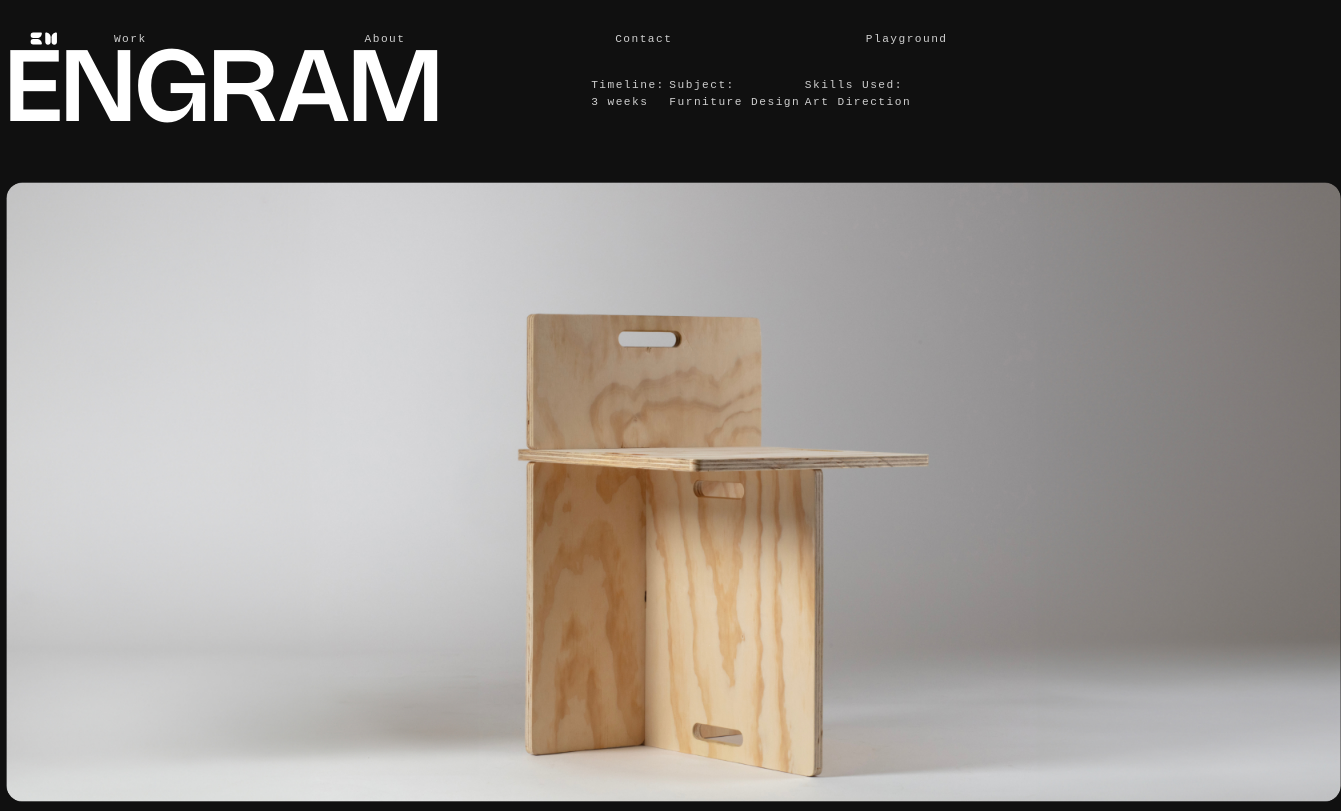
Repository: theethanwright/ethan_wright_portfolio
Page: work/work.html
The author's editor kept a copy of each file at every save. The page is drawn from the files as they stood at one save, then again after the next save.
The browser window is 1280 px wide. The page is 1676 px wide, so the pictures cover 1676 px, including what lies to the right of the window. The pictures show the whole page, at 80% of full size.

Above is the page before, as saved 2023-12-25 22:12:29.

### work/work.html
<!DOCTYPE html>
<html lang="en">
<head>
    <meta charset="UTF-8">
    <meta name="viewport" content="width=device-width, initial-scale=1.0">
    <script defer src="https://cdnjs.cloudflare.com/ajax/libs/matter-js/0.19.0/matter.min.js"></script>
    <script defer src="app.js"></script>
    <link rel="stylesheet" href="main.css">
    <link rel="stylesheet" href="layouts.css">
    <title>Work</title>
</head>
<body>
    <div class="navbar">
        <div class="logo">
            <svg xmlns="http://www.w3.org/2000/svg" width="16" height="17" viewBox="0 0 16 17" fill="none">
                <path d="M14.3673 0H3.61693C1.61938 0 0 1.6756 0 3.74249C0 5.80938 1.61938 7.48498 3.61693 7.48498H9.1428C12.5831 7.48498 15.372 4.59931 15.372 1.03958C15.372 0.46542 14.9221 0 14.3673 0Z" fill="white"/>
                <path d="M9.1428 8.72827H3.61693C1.61938 8.72827 0 10.4039 0 12.4708C0 14.5377 1.61938 16.2133 3.61693 16.2133H14.3673C14.9221 16.2133 15.372 15.7478 15.372 15.1737C15.372 11.6139 12.5831 8.72827 9.1428 8.72827Z" fill="white"/>
            </svg>
            <svg xmlns="http://www.w3.org/2000/svg" width="17" height="17" viewBox="0 0 17 17" fill="none">
                <path d="M1.63275 0C1.07786 0 0.628052 0.46542 0.628052 1.03958V12.8729C0.628052 14.9398 2.24743 16.6154 4.24498 16.6154C6.24253 16.6154 7.86191 14.9398 7.86191 12.8729V6.4454C7.86191 2.88567 5.07306 0 1.63275 0Z" fill="white"/>
                <path d="M15.2936 0C11.8532 0 9.06439 2.88567 9.06439 6.4454V12.8729C9.06439 14.9398 10.6838 16.6154 12.6813 16.6154C14.6789 16.6154 16.2983 14.9398 16.2983 12.8729V1.03958C16.2983 0.46542 15.8484 0 15.2936 0Z" fill="white"/>
            </svg>
        </div>
        <p>Work</p>
        <p>About</p>
        <p>Contact</p>
        <p>Playground</p>
        <a href="javascript:void(0);" class="icon" onclick="myFunction()">
            <i class="hamburger"><svg xmlns="http://www.w3.org/2000/svg" width="24" height="24" viewBox="0 0 24 24" fill="none">
                <rect y="2.26416" width="24" height="3.16981" fill="white"/>
                <rect y="17.6604" width="24" height="3.16981" fill="white"/>
                <rect x="1.81133" y="9.96225" width="22.1887" height="3.16981" fill="white"/>
              </svg></i>
        </a>
    </div>
    <div class="wrapper-project">
        <h1>Engram</h1>
        <div class="project-info">
        <p>Timeline:<br>3 weeks</p>
        <p>Subject:<br>Furniture Design</p>
        <p>Skills Used:<br>Art Direction</p>
        </div>
        <a href="">
            <img src="public/images/1.jpg" alt="">
        </a>
    </div>
</body>
</html>

### work/main.css
@font-face {
    font-family: "Nohemi";
    src: url(public/fonts/Nohemi-Medium.woff2);
  }

@import url('https://fonts.googleapis.com/css2?family=IBM+Plex+Mono&display=swap');

h1 {
  color: #FFF;
  font-family: "Nohemi";
  font-size: 124px;
  font-style: normal;
  font-weight: 500;
  line-height: 150%; /* 186px */
  letter-spacing: 1.24px;
  text-transform: uppercase;
  margin: 0%;
}

p {
    color: rgba(255, 255, 255, 0.80);
    font-family: 'IBM Plex Mono', monospace;
    font-size: 14px;
    font-style: normal;
    font-weight: 400;
    line-height: 150%; /* 21px */
    letter-spacing: 1.82px;
}

  body {
    display: block;
    overflow: scroll;
    background: #101010;
  }

  img {
    width: auto;
    height: auto;

    border-radius: 20px;
  }

### work/layouts.css
@media screen and (min-width: 905px) {
    .navbar {
        position: absolute;
        padding: 16px 30px;
        display: grid;
        margin: 0;
        grid-template-columns: repeat(12, 6.771vw);
        gap: 1.389vw;
    }

    .logo {
        grid-column-start: 1;
        display: flex;
        width: 34px;
        height: 16px;
        justify-content: center;
        align-items: center;
        gap: 3.256px;
        justify-self: start;
        align-self: center;
      }

      p:nth-child(2) {
        grid-column-start: 2;
        justify-self: start;
        align-self: center;
      }

      p:nth-child(3) {
        grid-column-start: 5;
        justify-self: start;
        align-self: center;
      }

      p:nth-child(4) {
        grid-column-start: 8;
        justify-self: start;
        align-self: center;
      }

      p:nth-child(5) {
        grid-column-start: 11;
        justify-self: start;
        align-self: center;
      }

      .intro {
        position: absolute;
        top: 77.798vh;
        left: 9.838vw;
        width: 328px;
      }

      .fun-fact {
        position: absolute;
        top: 77.798vh;
        left: 73.669vw;
        width: 143px;
        height: 42px;
      }

      .hamburger {
        display: none;
      }

      .wrapper-project {
        display: grid;
        margin: 0;
        padding-top: 16px;
        grid-template-columns: repeat(12, 6.771vw);
        gap: 1.389vw;
      }



      .wrapper-project .project-info {
        grid-column: 8 / span 4;
        justify-self: stretch;
        align-self: center;

        display: flex;
        justify-content: space-between;
        align-items: flex-end;
      }

      .wrapper-project a {
        grid-column: 1 / 12;
        justify-self: start;
        align-self: center;
      }

}

@media screen and (max-width: 904px) {
    .navbar {
        position: absolute;
        padding: 16px 30px;
        display: grid;
        margin: 0;
        grid-template-columns: repeat(8, 8.833vw);
        gap: 2.667vw;
    }

    .logo {
        grid-column-start: 1;
        display: flex;
        width: 34px;
        height: 16px;
        justify-content: center;
        align-items: center;
        gap: 3.256px;
        justify-self: start;
        align-self: center;
      }

    .navbar p {
        display: none;
    }

    .icon {
        display: grid;
        grid-column-start: 8;
        justify-self: end;
        align-self: center;
    }
}

@media screen and (max-width: 600px) {
    .navbar {
        position: absolute;
        padding: 16px 16px;
        display: grid;
        margin: 0;
        grid-template-columns: repeat(4, 19.444vw);
        gap: 4.444vw;
    }

    .logo {
        grid-column-start: 1;
        display: flex;
        width: 34px;
        height: 16px;
        justify-content: center;
        align-items: center;
        gap: 3.256px;
        justify-self: start;
        align-self: center;
      }

    .navbar p {
        display: none;
    }

    .icon {
        display: grid;
        grid-column-start: 4;
        justify-self: end;
        align-self: center;
    }
}

Loaded but not shown: work/app.js (common file)

After the next save:
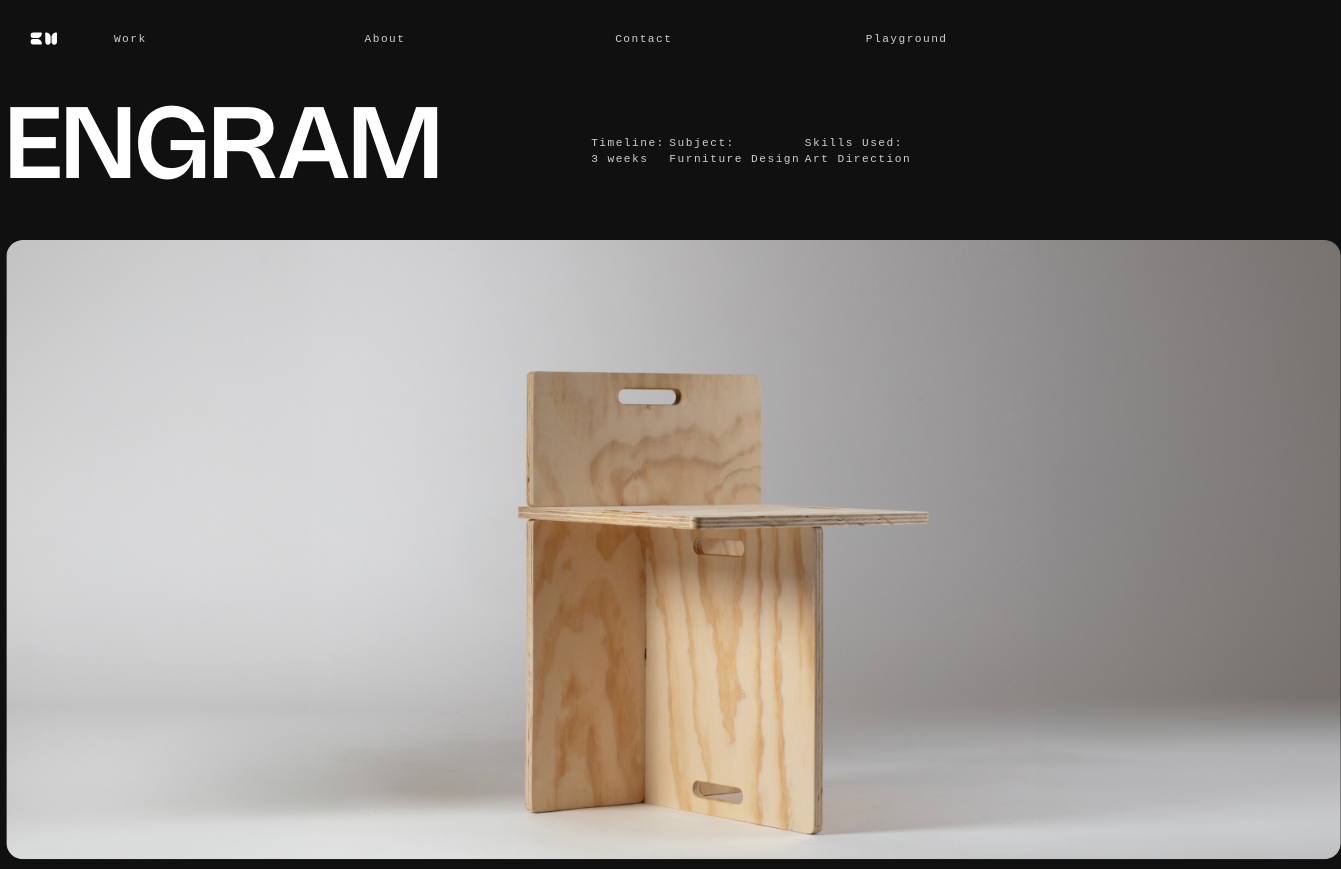
Saved 32 s later.
--- a/work/layouts.css
+++ b/work/layouts.css
@@ -66,7 +66,7 @@
       .wrapper-project {
         display: grid;
         margin: 0;
-        padding-top: 16px;
+        padding-top: 88px;
         grid-template-columns: repeat(12, 6.771vw);
         gap: 1.389vw;
       }
